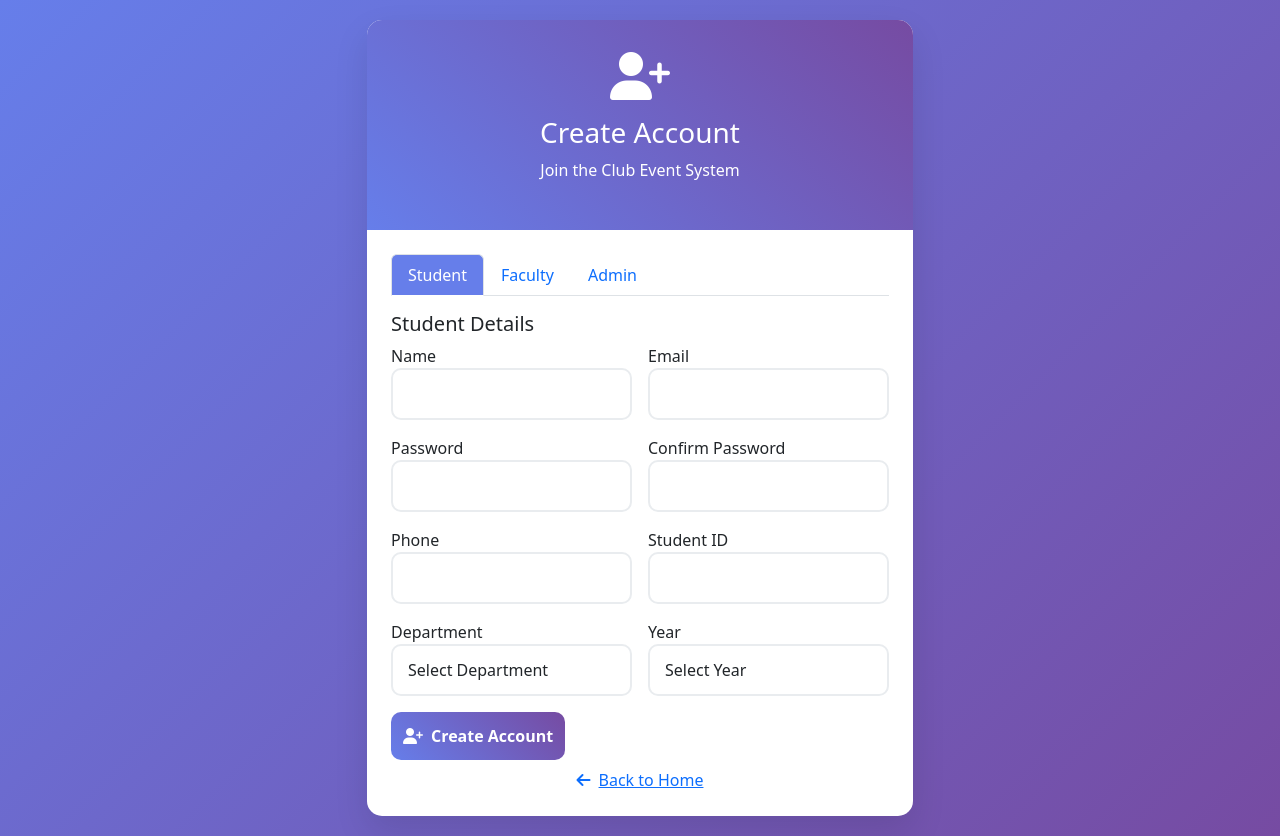
Repository: vipinsamy-sys/clubevent
Page: public/register.html
These files come from the project's save history. The page is drawn as it stood at one moment and after the next save; the edit follows.
The browser window is 1280 px wide. The pictures show the whole page.

Above is the page before, as saved 2025-10-20 14:30:21.

### public/register.html
<!DOCTYPE html>
<html lang="en">
<head>
<meta charset="UTF-8">
<meta name="viewport" content="width=device-width, initial-scale=1.0">
<title>Register - Club Event System</title>
<link href="https://cdn.jsdelivr.net/npm/bootstrap@5.3.3/dist/css/bootstrap.min.css" rel="stylesheet">
<link rel="stylesheet" href="https://cdnjs.cloudflare.com/ajax/libs/font-awesome/6.5.0/css/all.min.css">
<style>
body {
    background: linear-gradient(135deg, #667eea 0%, #764ba2 100%);
    min-height: 100vh;
    display: flex;
    align-items: center;
    padding: 20px 0;
}
.register-card {
    background: white;
    border-radius: 15px;
    box-shadow: 0 15px 35px rgba(0, 0, 0, 0.1);
    overflow: hidden;
    width: 100%;
}
.register-header {
    background: linear-gradient(45deg, #667eea, #764ba2);
    color: white;
    padding: 2rem;
    text-align: center;
}
.form-control {
    border-radius: 10px;
    border: 2px solid #e9ecef;
    padding: 12px 15px;
}
.form-control:focus {
    border-color: #667eea;
    box-shadow: 0 0 0 0.2rem rgba(102, 126, 234, 0.25);
}
.btn-register {
    background: linear-gradient(45deg, #667eea, #764ba2);
    border: none;
    border-radius: 10px;
    padding: 12px;
    font-weight: 600;
}
.btn-register:hover {
    transform: translateY(-2px);
    box-shadow: 0 5px 15px rgba(0, 0, 0, 0.2);
}
.form-section { display: none; }
.form-section.active { display: block; }
.nav-tabs .nav-link.active { background: #667eea; color: white; }
</style>
</head>
<body>
<div class="container">
    <div class="row justify-content-center">
        <div class="col-md-8 col-lg-6">
            <div class="register-card">
                <div class="register-header">
                    <i class="fas fa-user-plus fa-3x mb-3"></i>
                    <h3>Create Account</h3>
                    <p>Join the Club Event System</p>
                </div>
                <div class="p-4">

                    <!-- Role Tabs -->
                    <ul class="nav nav-tabs mb-3" id="roleTabs" role="tablist">
                        <li class="nav-item" role="presentation">
                            <button class="nav-link active" id="student-tab" data-bs-toggle="tab" data-bs-target="#studentSection">Student</button>
                        </li>
                        <li class="nav-item" role="presentation">
                            <button class="nav-link" id="faculty-tab" data-bs-toggle="tab" data-bs-target="#facultySection">Faculty</button>
                        </li>
                        <li class="nav-item" role="presentation">
                            <button class="nav-link" id="admin-tab" data-bs-toggle="tab" data-bs-target="#adminSection">Admin</button>
                        </li>
                    </ul>

                    <form id="registerForm">
                        <div class="tab-content">
                            <!-- Student -->
                            <div class="tab-pane fade show active form-section" id="studentSection">
                                <h5>Student Details</h5>
                                <div class="row g-3">
                                    <div class="col-md-6">
                                        <label>Name</label>
                                        <input type="text" class="form-control" name="name" required>
                                    </div>
                                    <div class="col-md-6">
                                        <label>Email</label>
                                        <input type="email" class="form-control" name="email" required>
                                    </div>
                                    <div class="col-md-6">
                                        <label>Password</label>
                                        <input type="password" class="form-control" name="password" required>
                                    </div>
                                    <div class="col-md-6">
                                        <label>Confirm Password</label>
                                        <input type="password" class="form-control" name="confirmPasswordStudent" required>
                                    </div>
                                    <div class="col-md-6">
                                        <label>Phone</label>
                                        <input type="tel" class="form-control" name="phone" required>
                                    </div>
                                    <div class="col-md-6">
                                        <label>Student ID</label>
                                        <input type="text" class="form-control" name="studentId" required>
                                    </div>
                                    <div class="col-md-6">
                                        <label>Department</label>
                                        <select class="form-control" name="department" required>
                                            <option value="">Select Department</option>
                                            <option>Mechatronics</option>
                                            <option>Computer Science</option>
                                            <option>Information Technology</option>
                                            <option>Electronics</option>
                                            <option>Mechanical</option>
                                            <option>Civil</option>
                                            <option>Electrical</option>
                                            <option>Other</option>
                                        </select>
                                    </div>
                                    <div class="col-md-6">
                                        <label>Year</label>
                                        <select class="form-control" name="year" required>
                                            <option value="">Select Year</option>
                                            <option>1st Year</option>
                                            <option>2nd Year</option>
                                            <option>3rd Year</option>
                                            <option>4th Year</option>
                                        </select>
                                    </div>
                                </div>
                            </div>


                        <div class="d-flex justify-content-between mt-3">
                            <button type="submit" class="btn btn-primary btn-register"><i class="fas fa-user-plus me-2"></i>Create Account</button>
                        </div>
                    </form>


                    <div class="text-center mt-2">
                        <a href="index.html"><i class="fas fa-arrow-left me-2"></i>Back to Home</a>
                    </div>
                </div>
            </div>
        </div>
    </div>
</div>


</body>
</html>

After the next save:
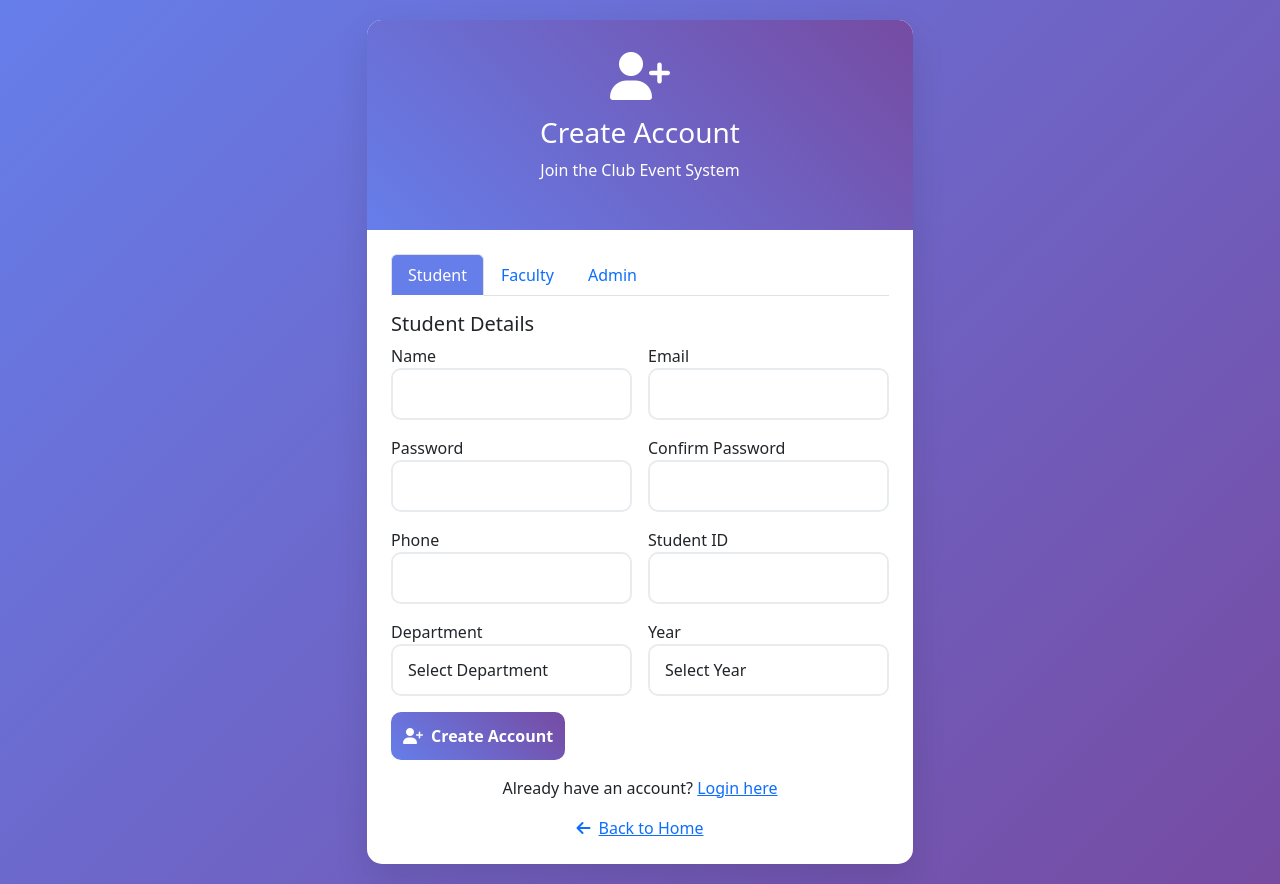
Saved 4 min 41 s later.
--- a/public/register.html
+++ b/public/register.html
@@ -134,13 +134,44 @@
                                 </div>
                             </div>
 
+                            <!-- Faculty -->
+                            <div class="tab-pane fade form-section" id="facultySection">
+                                <h5>Faculty Details</h5>
+                                <div class="row g-3">
+                                    <div class="col-md-6"><label>Name</label><input type="text" class="form-control" name="name" required></div>
+                                    <div class="col-md-6"><label>Email</label><input type="email" class="form-control" name="email" required></div>
+                                    <div class="col-md-6"><label>Password</label><input type="password" class="form-control" name="password" required></div>
+                                    <div class="col-md-6"><label>Confirm Password</label><input type="password" class="form-control" name="confirmPasswordFaculty" required></div>
+                                    <div class="col-md-6"><label>Phone</label><input type="tel" class="form-control" name="phone" required></div>
+                                    <div class="col-md-6"><label>Faculty ID</label><input type="text" class="form-control" name="facultyId" required></div>
+                                    <div class="col-md-6"><label>Department</label><input type="text" class="form-control" name="department" required></div>
+                                    <div class="col-md-6"><label>Position</label><input type="text" class="form-control" name="position" required></div>
+                                </div>
+                            </div>
+
+                            <!-- Admin -->
+                            <div class="tab-pane fade form-section" id="adminSection">
+                                <h5>Admin Details</h5>
+                                <div class="row g-3">
+                                    <div class="col-md-6"><label>Name</label><input type="text" class="form-control" name="name" required></div>
+                                    <div class="col-md-6"><label>Email</label><input type="email" class="form-control" name="email" required></div>
+                                    <div class="col-md-6"><label>Password</label><input type="password" class="form-control" name="password" required></div>
+                                    <div class="col-md-6"><label>Confirm Password</label><input type="password" class="form-control" name="confirmPasswordAdmin" required></div>
+                                    <div class="col-md-6"><label>Phone</label><input type="tel" class="form-control" name="phone" required></div>
+                                    <div class="col-md-6"><label>Admin ID</label><input type="text" class="form-control" name="adminId" required></div>
+                                    <div class="col-md-6"><label>Club Name</label><input type="text" class="form-control" name="clubName" required></div>
+                                </div>
+                            </div>
+                        </div>
 
                         <div class="d-flex justify-content-between mt-3">
                             <button type="submit" class="btn btn-primary btn-register"><i class="fas fa-user-plus me-2"></i>Create Account</button>
                         </div>
                     </form>
 
-
+                    <div class="text-center mt-3">
+                        <p>Already have an account? <a href="login.html">Login here</a></p>
+                    </div>
                     <div class="text-center mt-2">
                         <a href="index.html"><i class="fas fa-arrow-left me-2"></i>Back to Home</a>
                     </div>
@@ -150,6 +181,69 @@
     </div>
 </div>
 
-
+<script src="https://cdn.jsdelivr.net/npm/bootstrap@5.3.3/dist/js/bootstrap.bundle.min.js"></script>
+<script>
+
+    document.getElementById('registerForm').addEventListener('submit', async function(e){
+    e.preventDefault();
+
+    const activeTab = document.querySelector('.tab-pane.active').id;
+    let selectedRole = '';
+    let confirmPassword = '';
+    const formData = new FormData(this);
+
+    const registerData = {
+        name: formData.get('name'),
+        email: formData.get('email'),
+        password: formData.get('password'),
+        phone: formData.get('phone')
+    };
+
+    if(activeTab==='studentSection'){
+        selectedRole='student';
+        confirmPassword=formData.get('confirmPasswordStudent'); // unique name
+        registerData.studentId=formData.get('studentId');
+        registerData.department=formData.get('department');
+        registerData.year=formData.get('year');
+    } else if(activeTab==='facultySection'){
+        selectedRole='faculty';
+        confirmPassword=formData.get('confirmPasswordFaculty'); // unique name
+        registerData.facultyId=formData.get('facultyId');
+        registerData.department=formData.get('facultyDepartment'); // unique name
+        registerData.position=formData.get('position');
+    } else if(activeTab==='adminSection'){
+        selectedRole='admin';
+        confirmPassword=formData.get('confirmPasswordAdmin'); // unique name
+        registerData.adminId=formData.get('adminId');
+        registerData.clubName=formData.get('clubName');
+    }
+
+    registerData.role = selectedRole; // important for backend routing
+
+    if(registerData.password !== confirmPassword){
+        alert('Passwords do not match');
+        return;
+    }
+
+    try{
+        const response = await fetch('/api/auth/register', {
+            method:'POST',
+            headers:{'Content-Type':'application/json'},
+            body: JSON.stringify(registerData)
+        });
+        const result = await response.json();
+        if(response.ok){
+            alert('Registration successful!');
+            window.location.href='login.html';
+        } else {
+            alert(result.message || 'Registration failed');
+        }
+    } catch(err){
+        console.error(err);
+        alert('Registration failed. Please try again.');
+    }
+});
+
+</script>
 </body>
 </html>

After the save that followed:
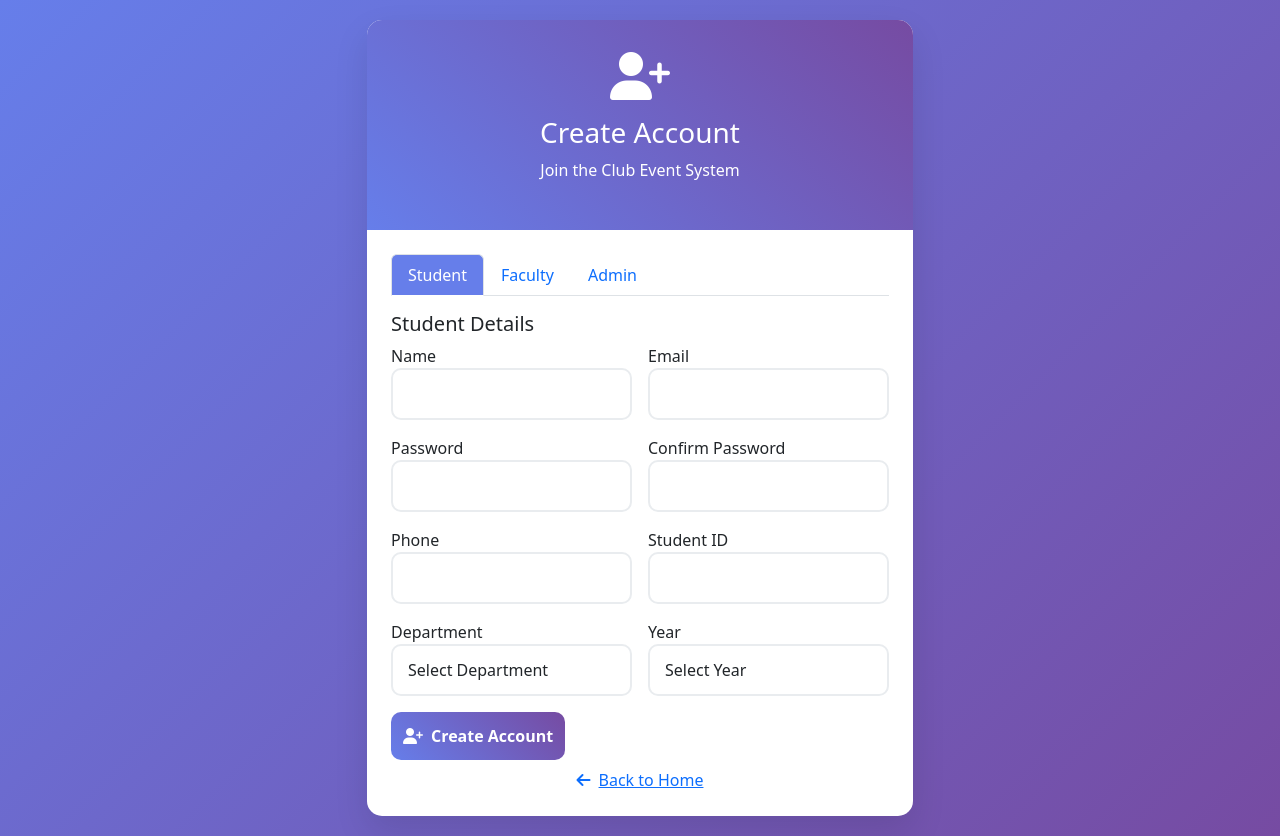
Saved 8 min 30 s later.
--- a/public/register.html
+++ b/public/register.html
@@ -134,44 +134,13 @@
                                 </div>
                             </div>
 
-                            <!-- Faculty -->
-                            <div class="tab-pane fade form-section" id="facultySection">
-                                <h5>Faculty Details</h5>
-                                <div class="row g-3">
-                                    <div class="col-md-6"><label>Name</label><input type="text" class="form-control" name="name" required></div>
-                                    <div class="col-md-6"><label>Email</label><input type="email" class="form-control" name="email" required></div>
-                                    <div class="col-md-6"><label>Password</label><input type="password" class="form-control" name="password" required></div>
-                                    <div class="col-md-6"><label>Confirm Password</label><input type="password" class="form-control" name="confirmPasswordFaculty" required></div>
-                                    <div class="col-md-6"><label>Phone</label><input type="tel" class="form-control" name="phone" required></div>
-                                    <div class="col-md-6"><label>Faculty ID</label><input type="text" class="form-control" name="facultyId" required></div>
-                                    <div class="col-md-6"><label>Department</label><input type="text" class="form-control" name="department" required></div>
-                                    <div class="col-md-6"><label>Position</label><input type="text" class="form-control" name="position" required></div>
-                                </div>
-                            </div>
-
-                            <!-- Admin -->
-                            <div class="tab-pane fade form-section" id="adminSection">
-                                <h5>Admin Details</h5>
-                                <div class="row g-3">
-                                    <div class="col-md-6"><label>Name</label><input type="text" class="form-control" name="name" required></div>
-                                    <div class="col-md-6"><label>Email</label><input type="email" class="form-control" name="email" required></div>
-                                    <div class="col-md-6"><label>Password</label><input type="password" class="form-control" name="password" required></div>
-                                    <div class="col-md-6"><label>Confirm Password</label><input type="password" class="form-control" name="confirmPasswordAdmin" required></div>
-                                    <div class="col-md-6"><label>Phone</label><input type="tel" class="form-control" name="phone" required></div>
-                                    <div class="col-md-6"><label>Admin ID</label><input type="text" class="form-control" name="adminId" required></div>
-                                    <div class="col-md-6"><label>Club Name</label><input type="text" class="form-control" name="clubName" required></div>
-                                </div>
-                            </div>
-                        </div>
 
                         <div class="d-flex justify-content-between mt-3">
                             <button type="submit" class="btn btn-primary btn-register"><i class="fas fa-user-plus me-2"></i>Create Account</button>
                         </div>
                     </form>
 
-                    <div class="text-center mt-3">
-                        <p>Already have an account? <a href="login.html">Login here</a></p>
-                    </div>
+
                     <div class="text-center mt-2">
                         <a href="index.html"><i class="fas fa-arrow-left me-2"></i>Back to Home</a>
                     </div>
@@ -181,69 +150,6 @@
     </div>
 </div>
 
-<script src="https://cdn.jsdelivr.net/npm/bootstrap@5.3.3/dist/js/bootstrap.bundle.min.js"></script>
-<script>
 
-    document.getElementById('registerForm').addEventListener('submit', async function(e){
-    e.preventDefault();
-
-    const activeTab = document.querySelector('.tab-pane.active').id;
-    let selectedRole = '';
-    let confirmPassword = '';
-    const formData = new FormData(this);
-
-    const registerData = {
-        name: formData.get('name'),
-        email: formData.get('email'),
-        password: formData.get('password'),
-        phone: formData.get('phone')
-    };
-
-    if(activeTab==='studentSection'){
-        selectedRole='student';
-        confirmPassword=formData.get('confirmPasswordStudent'); // unique name
-        registerData.studentId=formData.get('studentId');
-        registerData.department=formData.get('department');
-        registerData.year=formData.get('year');
-    } else if(activeTab==='facultySection'){
-        selectedRole='faculty';
-        confirmPassword=formData.get('confirmPasswordFaculty'); // unique name
-        registerData.facultyId=formData.get('facultyId');
-        registerData.department=formData.get('facultyDepartment'); // unique name
-        registerData.position=formData.get('position');
-    } else if(activeTab==='adminSection'){
-        selectedRole='admin';
-        confirmPassword=formData.get('confirmPasswordAdmin'); // unique name
-        registerData.adminId=formData.get('adminId');
-        registerData.clubName=formData.get('clubName');
-    }
-
-    registerData.role = selectedRole; // important for backend routing
-
-    if(registerData.password !== confirmPassword){
-        alert('Passwords do not match');
-        return;
-    }
-
-    try{
-        const response = await fetch('/api/auth/register', {
-            method:'POST',
-            headers:{'Content-Type':'application/json'},
-            body: JSON.stringify(registerData)
-        });
-        const result = await response.json();
-        if(response.ok){
-            alert('Registration successful!');
-            window.location.href='login.html';
-        } else {
-            alert(result.message || 'Registration failed');
-        }
-    } catch(err){
-        console.error(err);
-        alert('Registration failed. Please try again.');
-    }
-});
-
-</script>
 </body>
 </html>
